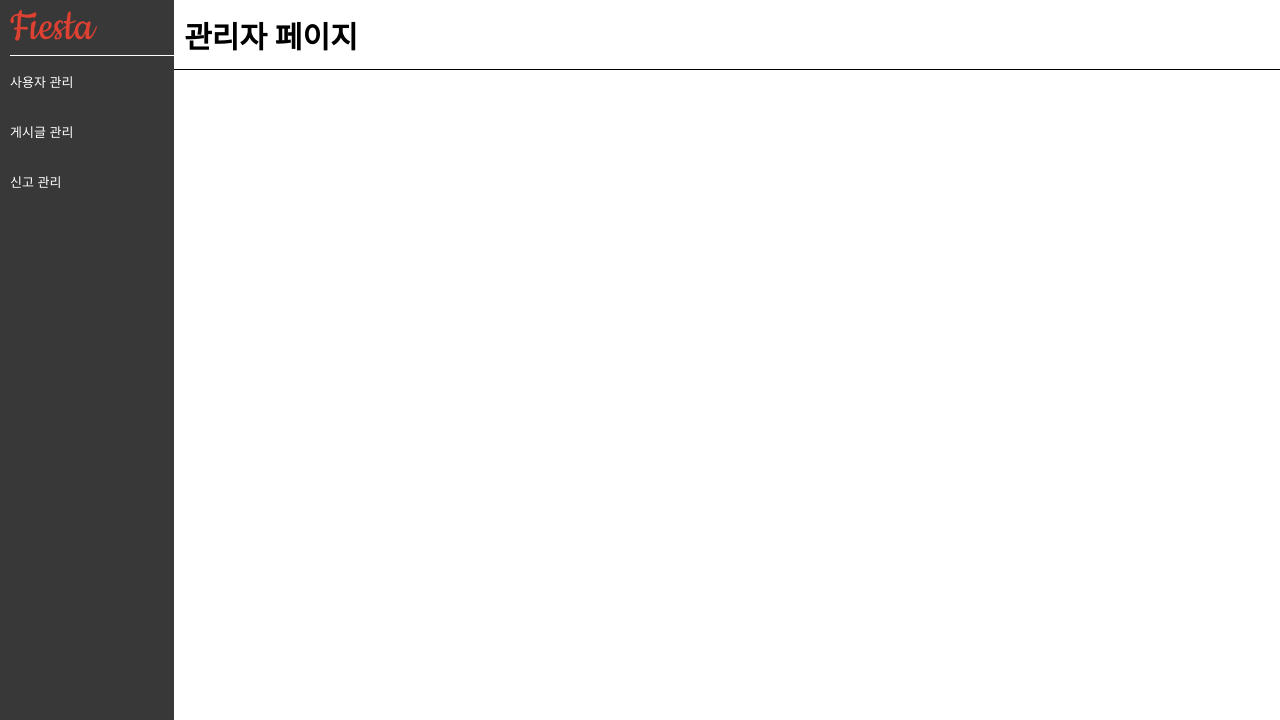
Repository: SNSFiestaTeam/Fiesta
Page: Fiesta/src/main/webapp/html/management/management.html
These files come from the project's save history. The page is drawn as it stood at one moment and after the next save; the edit follows.
The browser window is 1280 px wide. The pictures show the whole page.
Some web fonts or font styles are not loaded; a fallback is used.

Above is the page before, as saved 2022-12-06 11:53:54.

### Fiesta/src/main/webapp/html/management/management.html
<!DOCTYPE html>
<html lang="en">
<head>
  <meta charset="UTF-8">
  <meta http-equiv="X-UA-Compatible" content="IE=edge">
  <meta name="viewport" content="width=device-width, initial-scale=1.0">
  <link rel="stylesheet" href="../../resources/css/common-style.css">
  <link rel="stylesheet" href="../../resources/css/management/management.css">
  <title>관리자페이지</title>
</head>
<body>
  <sidebar class="sidebar">
    <span class="title">Fiesta</span>
    <a href="#" class="bar-item button">사용자 관리</a>
    <a href="#" class="bar-item button">게시글 관리</a>
    <a href="#" class="bar-item button">신고 관리</a>
  </sidebar>

  <main class ="management-container">

    <div class="management-title">
      <h1>관리자 페이지</h1>
    </div>

    <div class="management-content">

    </div>

  </main>


  <script src="/resources/js/management/management.js"></script>
</body>
</html>

### Fiesta/src/main/webapp/resources/css/common-style.css
@import url('https://fonts.googleapis.com/css2?family=Noto+Sans+KR:wght@100;300;400;500;700;900&display=swap');
@import url('https://fonts.googleapis.com/css2?family=Chewy&display=swap');
@import url('https://fonts.googleapis.com/css2?family=Leckerli+One&display=swap');
@import url('https://fonts.googleapis.com/css2?family=Cookie&display=swap');
@import './root-style.css';
@import url('https://fonts.googleapis.com/css2?family=Nanum+Gothic:wght@400;700;800&display=swap');
@import url('https://fonts.googleapis.com/css2?family=IBM+Plex+Sans+KR:wght@100;200;300;400;500&display=swap');

@font-face {
  font-family: 'NanumSquareNeo-Variable';
  src: url('https://cdn.jsdelivr.net/gh/projectnoonnu/noonfonts_11-01@1.0/NanumSquareNeo-Variable.woff2') format('woff2');
  font-weight: normal;
  font-style: normal;
}

@font-face {
  font-family: 'NanumBarunGothic';
  font-style: normal;
  font-weight: 400;
  src: url('//cdn.jsdelivr.net/font-nanumlight/1.0/NanumBarunGothicWeb.eot');
  src: url('//cdn.jsdelivr.net/font-nanumlight/1.0/NanumBarunGothicWeb.eot?#iefix') format('embedded-opentype'), url('//cdn.jsdelivr.net/font-nanumlight/1.0/NanumBarunGothicWeb.woff') format('woff'), url('//cdn.jsdelivr.net/font-nanumlight/1.0/NanumBarunGothicWeb.ttf') format('truetype');
 }

 @font-face {
  font-family: 'S-CoreDream-3Light';
  src: url('https://cdn.jsdelivr.net/gh/projectnoonnu/noonfonts_six@1.2/S-CoreDream-3Light.woff') format('woff');
  font-weight: normal;
  font-style: normal;
}

@font-face {
  font-family: 'SUIT-Regular';
  src: url('https://cdn.jsdelivr.net/gh/projectnoonnu/noonfonts_suit@1.0/SUIT-Regular.woff2') format('woff2');
  font-weight: normal;
  font-style: normal;
}
/* 전체 적용 스타일 */
* {
  margin: 0;
  padding: 0;
  box-sizing: border-box;
  list-style: none;
  /* font-family: 'Noto Sans KR', sans-serif; */
  /* font-family: 'Nanum Gothic', sans-serif; */
  /* font-family: 'IBM Plex Sans KR', sans-serif; */
  font-family: 'NanumSquareNeo-Variable';
  /* font-family: 'NanumBarunGothic'; */
  /* font-family: 'SUIT-Regular'; */
  letter-spacing: 0.1px;
}

a {
  text-decoration: none;
  color: black;
}

body {
  width: vw;
  font-size: 18px;
}

button {
  border: none;
  background-color: white;
}

footer {
  width: 100%;
  height: 134px;
  color: gray;
  font-size: var(--small-font-size);
  padding-bottom: 40px;

  display: flex;
  flex-direction: column;
  justify-content: space-around;
  align-items: center;
}

footer a {
  color: gray;
}

header {
  width: 100%;
  height: 60px;
  border-bottom: 1px solid #ccc;

  position: sticky;
  top: 0;
  background-color: white;

  display: flex;
  justify-content: center;
  z-index: 2;
}

header > section {
  width: 1000px;
  padding: 0 20px;

  display: flex;
  justify-content: space-between;
  align-items: center;
}

.logo-section a {
  font-family: 'Cookie', cursive;
  /* font-family: 'Chewy', cursive; */
  color: #dd4132;
  font-size: 50px;
  width: 120px;
  height: auto;
}

#logo {
  width: 120px;
  height: auto;
}

.search-section {
  width: 50%;

  display: flex;
  justify-content: center;
}

.search-section fieldset {
  height: 36px;
  width: 90%;
  background-color: --main-font-color;
  border: none;
  border-radius: 5px;

  display: flex;
  justify-content: center;
  align-items: center;
}

.search-section fieldset input {
  width: 200px;
}

#searchX {
  display: flex;
  justify-content: center;
  align-items: center;

  border-radius: 50%;

  display: none;
}

#searchX > i {
  background-color: #ccc;
  display: block;
  width: 15px;
  height: 15px;
  border-radius: 50%;
  font-size: 10px;

  display: flex;
  justify-content: center;
  align-items: center;
  color: white;
}

.search-section fieldset:focus-within > #search-glass {
  display: none;
}

.search-section fieldset:focus-within > #searchX {
  display: inline;
}

.search-section fieldset > input {
  height: 25px;
  border: none;
  outline: none;
  font-size: var(--madium-font-size);

  flex-basis: 80%;
}

.search-section fieldset > button {
  height: 25px;
  margin-right: 10px;
  font-size: 16px;
  color: var(--main-font-color);

  flex-basis: 10%;
}

nav {
  min-width: 300px;
}

nav > ul {
  font-size: var(--large-icon-size);

  display: flex;
  justify-content: space-between;
}

nav li {
  margin-left: 10px;
  flex-shrink: 0;

  text-align: center;
}

nav li > button {
  width: 100%;
  height: 100%;
  font-size: var(--large-icon-size);
}

nav li > button:active {
  color: var(--main-font-color);
}

nav li > a:active {
  color: var(--main-font-color);
}

nav i {
  flex-shrink: 0;
}

#searchBtn {
  display: none;
}

.toggle-search-section {
  display: none;
}

@media screen and (min-width: 1024px) {
  /* Desktop */
}

@media screen and (min-width: 471px) and (max-width: 1023px) {
  /* Tablet */
}

@media screen and (max-width: 780px) {
  .search-section > form {
    display: none;
  }

  #searchBtn {
    display: inline;
  }

  .toggle-search-section {
    width: 100vw;
    height: 80px;

    position: sticky;
    top: 60px;

    display: flex;
    justify-content: center;
    align-items: center;
    z-index: 40;
    display: none;
  }

  .toggle-search-section fieldset {
    height: 38px;
    width: 100%;
    background-color: #ffffff90;
    border: 1px solid #8e8e8e;
    border-radius: 5px;
    padding-left: 10px;

    display: flex;
    justify-content: center;
    align-items: center;
  }

  .toggle-search-section fieldset > input {
    height: 100%;
    width: 100%;
    border: none;
    outline: none;
    font-size: var(--madium-font-size);
    background-color: #ffffff00;

    flex-basis: 80%;
  }

  .toggle-search-section fieldset > button {
    height: 30px;
    margin-right: 10px;
    font-size: 16px;
    color: var(--fiesta-color);
    background-color: #ffffff00;

    flex-basis: 10%;
  }
}

@media screen and (max-width: 470px) {
  /* mobile */

  html {
    width: 100%;
  }

  body {
    width: vw;
  }

  footer {
    display: none;
  }

  #header-section {
    width: vw;
  }

  #newPost {
    width: 60px;
    height: 60px;
    border: 2px solid #8e8e8e;
    border-radius: 50%;
    background-color: white;
    display: flex;
    justify-content: center;
    align-items: center;

    font-size: 30px;

    position: fixed;
    bottom: 20px;
    right: 10px;
  }
}

#header-menu-toggle{
  display: none;
}

label[for='header-menu-toggle'] {
  cursor: pointer;
}

/* 체크박스 다음 div */
#toggle-menu{
  display: none;
}

/* 체크박스가 체크된 경우 다음 div */
#header-menu-toggle:checked + div{
  display: block;
}

.header-menu-parent{
  position: relative;
}

#toggle-menu{
  position: absolute;
  top: 30px;
  right: -10px;
  z-index: 500;
  width: 150px;
  height: 100px;
  background-color: white;
  box-shadow: 0px 0px 1px gray;
  border-radius: 6px;
}


#toggle-menu > a{
  display: flex;
  height: 50%;
  justify-content: center;
  align-items: center;
  font-size: 14px;
  font-weight: bold;
}

#toggle-menu > a:first-child{
  border-bottom: 1px solid #ccc;
}

### Fiesta/src/main/webapp/resources/css/management/management.css
@import '../root-style.css';

@font-face {
  font-family: 'NanumSquareNeo-Variable';
  src: url('https://cdn.jsdelivr.net/gh/projectnoonnu/noonfonts_11-01@1.0/NanumSquareNeo-Variable.woff2') format('woff2');
  font-weight: normal;
  font-style: normal;
}

* {
  font-family: 'NanumSquareNeo-Variable';
}

body {
  display: flex;
}

/* 사이드 바 */
.sidebar{
  flex-grow: 0;
  width: 200px;
  height: 100vh;
  background-color: rgb(56, 56, 56);
  color: white;

  display: flex;
  flex-direction: column;

  padding-left: 10px;

  font-size: 13px;
}

.title {
  font-size: 50px;
  color: var(--fiesta-color);
  font-family: 'Cookie', cursive;
  border-bottom: 1px solid white;
}

.button {
  color: white;
  width: 100%;
  height: 50px;

  display: flex;
  align-items: center;

}

.title {

}

.management-container {
  width: 100%;
}

/* 관리자 페이지 타이틀 */
.management-title{
  display: flex;
  align-items: center;
  height: 70px;
  font-size: 15px;
  border-bottom: 1px solid black;
  padding-left: 10px

}

/* 관리자 페이지 내용 */
.management-content {

}

### Fiesta/src/main/webapp/resources/js/management/management.js


function w3_open() {
  document.getElementById("mySidebar").style.display = "block";
}

function w3_close() {
  document.getElementById("mySidebar").style.display = "none";
}

### Fiesta/src/main/webapp/resources/css/root-style.css
/* 루트 함수
공동으로 사용할 스타일을 미리 지정해놓고 사용 가능
스타일 지정시 지정할 스타일: 루트 함수명 으로 사용 가능
--만 타이핑 하면 자동완성 리스트가 뜨고
선택하면 var()함수까지 자동완성됨 */
:root {
  --background-color: white;
  --main-font-color: #8e8e8e;
  --icon-button-color: #262626;
  --point-font-color: #0095f6;
  --mention-font-color: #00376b;
  --fiesta-color: #dd4132;
  --small-font-size: 12px;
  --main-font-size: 13px;
  --medium-font-size: 16px;
  --large-icon-size: 24px;
}

After the next save:
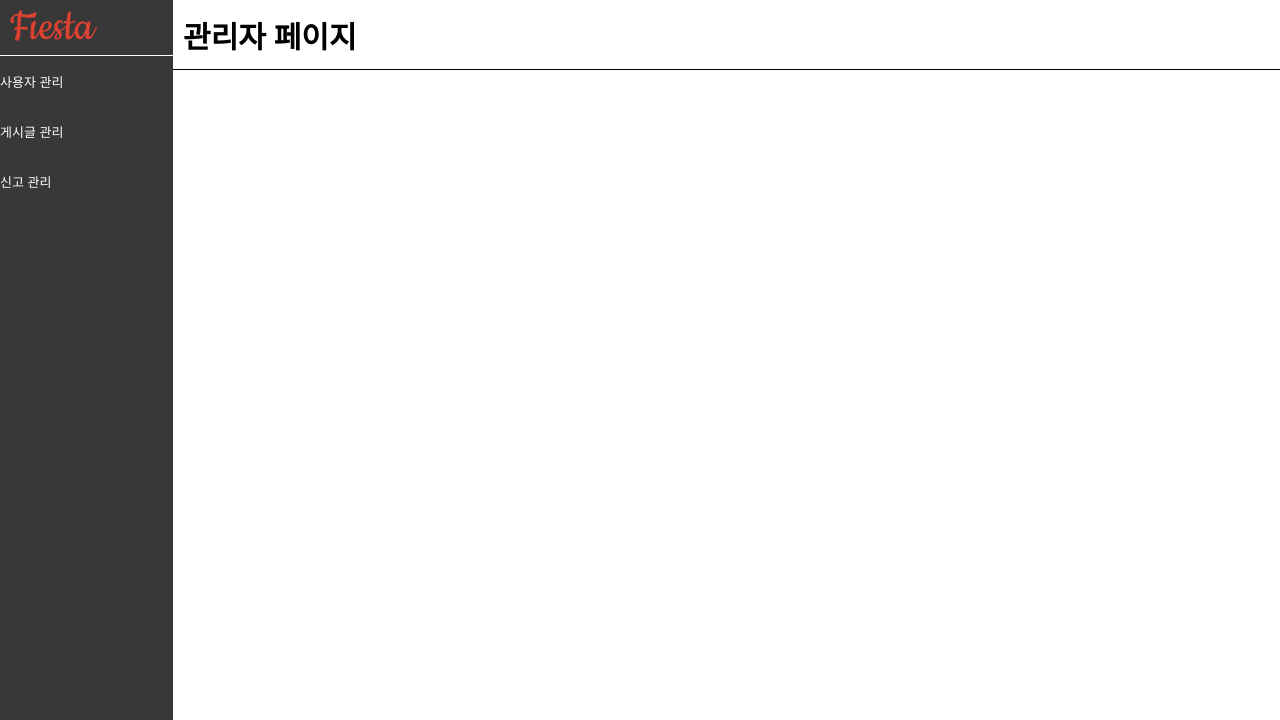
Saved 10 s later.
--- a/Fiesta/src/main/webapp/resources/css/management/management.css
+++ b/Fiesta/src/main/webapp/resources/css/management/management.css
@@ -26,7 +26,6 @@ body {
   display: flex;
   flex-direction: column;
 
-  padding-left: 10px;
 
   font-size: 13px;
 }
@@ -36,6 +35,7 @@ body {
   color: var(--fiesta-color);
   font-family: 'Cookie', cursive;
   border-bottom: 1px solid white;
+  padding-left: 10px;
 }
 
 .button {
